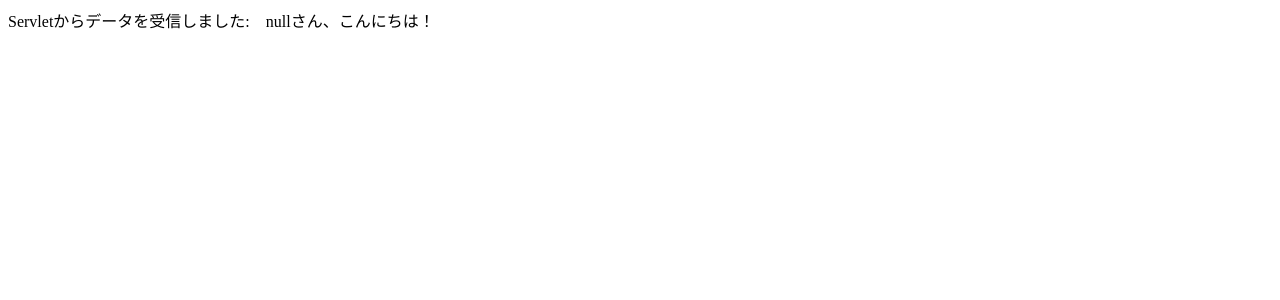
Repository: YuTera58/Eclipse_Workspace_Tera58
Page: http://localhost/kadai_link_tag/link
The author's editor kept a copy of each file at every save. The page is drawn from the files as they stood at one save, then again after the next save.
The browser window is 1280 px wide. The pictures show the whole page.
The page is served by Tomcat 9.

Above is the page before, as saved 2025-05-14 13:35:58.

### kadai_link_tag/WEB-INF/src/sj/LinkServlet.java
package sj;

import java.io.IOException;
import java.io.PrintWriter;

import javax.servlet.ServletException;
import javax.servlet.http.HttpServlet;
import javax.servlet.http.HttpServletRequest;
import javax.servlet.http.HttpServletResponse;

public class LinkServlet extends HttpServlet
{
	// GETメソッドのリクエスト受信時に実行されるメソッド
    public void doGet(HttpServletRequest request, HttpServletResponse response)
        throws ServletException, IOException {

        // リクエスト・レスポンスの設定
        request.setCharacterEncoding("UTF-8");
        response.setContentType("text/html; charset=UTF-8");

        String userName = request.getParameter("name");

        // 取得したデータの表示
        PrintWriter out = response.getWriter();
        out.println("Servletからデータを受信しました:　" + userName + "さん、こんにちは！");
    }
}

### kadai_link_tag/index.jsp
<%-- コンテンツタイプを指定 --%>
<%@ page contentType="text/html; charset=UTF-8" %>

<html>
    <head>
        <title>kadai_link_tag</title>
    </head>
    <body>
        <%-- リンクのクリック時にServletへデータを渡す(GETメソッド) --%>
        <a href="<%= request.getContextPath() %>/link?name=侍太郎">名前「侍太郎」をServletに送信</a>
    </body>
</html>

After the next save:
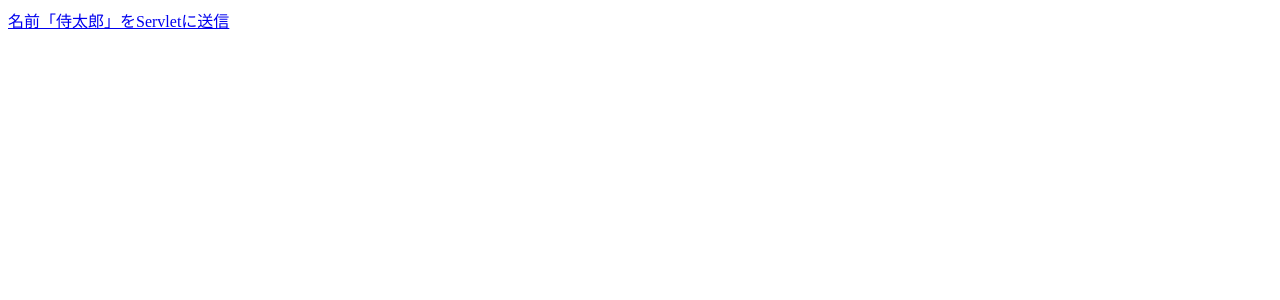
Saved 7 min 27 s later.
--- a/kadai_link_tag/WEB-INF/src/sj/LinkServlet.java
+++ b/kadai_link_tag/WEB-INF/src/sj/LinkServlet.java
@@ -1,8 +1,8 @@
 package sj;
 
 import java.io.IOException;
-import java.io.PrintWriter;
 
+import javax.servlet.RequestDispatcher;
 import javax.servlet.ServletException;
 import javax.servlet.http.HttpServlet;
 import javax.servlet.http.HttpServletRequest;
@@ -20,8 +20,13 @@ public class LinkServlet extends HttpServlet
 
         String userName = request.getParameter("name");
 
+        // インクルードによる画面遷移
+        request.setAttribute( "userName", userName );
+    	RequestDispatcher dispatcher = request.getRequestDispatcher("index.jsp");
+        dispatcher.include(request, response);
+
         // 取得したデータの表示
-        PrintWriter out = response.getWriter();
-        out.println("Servletからデータを受信しました:　" + userName + "さん、こんにちは！");
+        //PrintWriter out = response.getWriter();
+        //out.println("Servletからデータを受信しました:　" + userName + "さん、こんにちは！");
     }
 }
